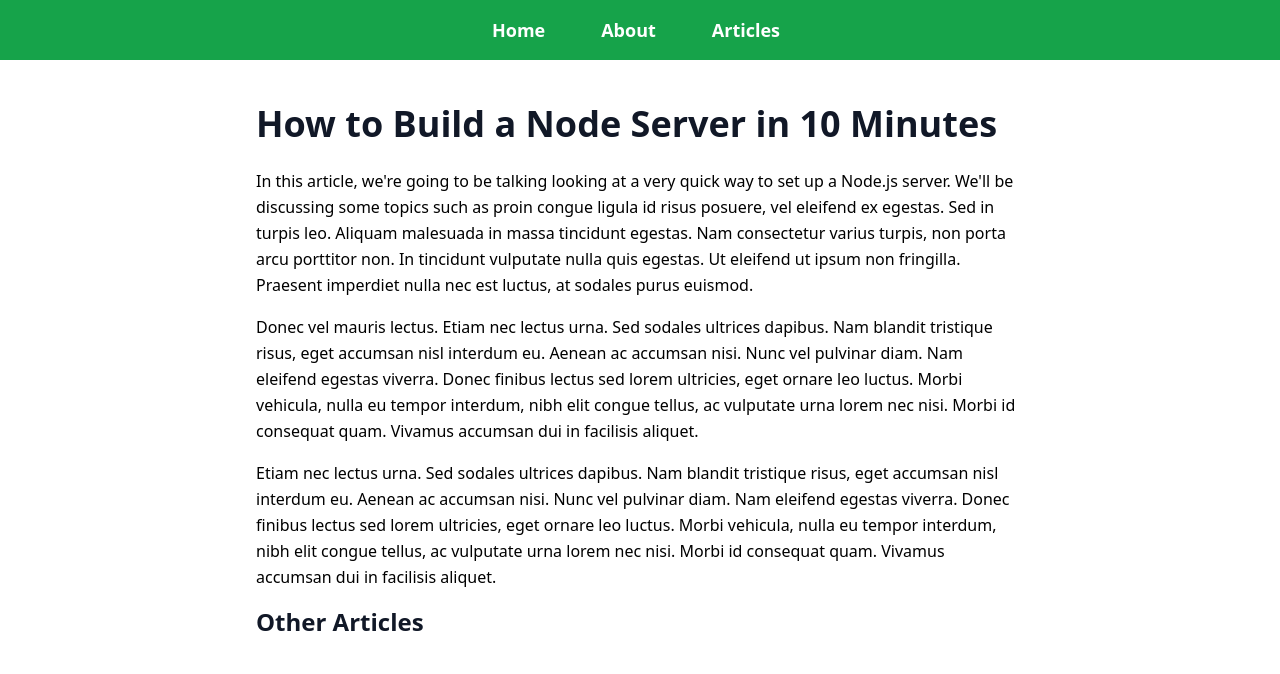
Repository: ymw0331/blog-mern-webapp
Page: /article/learn-node (app in client/)
An editor plug-in stored every save of this project. The page is shown before and after a run of saves, followed by the edit.
The browser window is 1280 px wide. The pictures show the whole page.
The project was rebuilt for these pictures with package versions that can differ from the ones it lists, and the page was loaded fresh each time. Also part of the build but not shown: client/src/pages/Home.js, client/src/pages/About.js, client/src/components/Articles.js, client/src/pages/ArticlesList.js.

Above is the page before, as saved 2022-12-10 21:37:12.

### client/src/App.js
import { BrowserRouter as Router, Route, Routes } from 'react-router-dom';
// Pages
import Home from './pages/Home';
import About from './pages/About';
import Article from './pages/Article';
import ArticlesList from './pages/ArticlesList';
import Navbar from './components/Navbar';

function App() {
  return (
    <Router>
      <Navbar />
      <div className='max-w-screen-md mx-auto pt-20'>
        <Routes>
          <Route path='/' element={<Home />} />
          <Route path='/about' element={<About />} />
          <Route path='/articles-list' element={<ArticlesList />} />
          <Route path='/article/:name' element={<Article />} />
        </Routes>
      </div>
    </Router>
  );
}

export default App;

### client/src/pages/Article.js
import React from 'react';
import { useParams } from 'react-router-dom';
import articleContent from './article-content';

const Article = () => {
  const { name } = useParams(); //name refered to App.js article route /:name
  const article = articleContent.find((article) => article.name === name);
  if (!article) return <h1>Article does not exist!</h1>;

  return (
    <>
      <h1 className='sm:text-4xl text-2xl font-bold my-6 text-gray-900'>
        {article.title}
      </h1>
      {article.content.map((paragraph, index) => (
        <p className='mx-auto leading-relaxed text-base mb-4' key={index}>
          {paragraph}
        </p>
      ))}
      <h1 className='sm:text-2xl text-xl font-bold my-4 text-gray-900'>
        Other Articles
      </h1>
    </>
  );
};

export default Article;

### client/src/components/Navbar.js
import React from 'react';
import { Link } from 'react-router-dom';

const Navbar = () => {
  return (
    <nav className='border-b4 border-green-700 text-center fixed top-0 bg-green-600 font-bold w-full text-lg text-white'>
      <ul>
        <li className='inline-block py-4'>
          <Link to='/' className='pl-6 pr-8'>
            Home
          </Link>
        </li>
        <li className='inline-block py-4'>
          <Link to='/about' className='pl-6 pr-8'>
            About
          </Link>
        </li>
        <li className='inline-block py-4'>
          <Link to='/articles-list' className='pl-6 pr-8'>
            Articles
          </Link>
        </li>
      </ul>
    </nav>
  );
};

export default Navbar;

### client/src/pages/article-content.js
const articles = [
  {
    name: 'learn-react',
    title: 'The Fastest Way to Learn React',
    thumbnail: '/images/blog1.jpeg',
    content: [
      `Welcome! Today we're going to be talking about the fastest way to learn React. Lorem proin congue ligula id risus posuere, vel eleifend ex egestas. Sed in turpis leo. Aliquam malesuada in massa tincidunt egestas. Nam consectetur varius turpis, non porta arcu porttitor non. In tincidunt vulputate nulla quis egestas. Ut eleifend ut ipsum non fringilla. Praesent imperdiet nulla nec est luctus, at sodales purus euismod.`,
      `Donec vel mauris lectus. Etiam nec lectus urna. Sed sodales ultrices dapibus. Nam blandit tristique risus, eget accumsan nisl interdum eu. Aenean ac accumsan nisi. Nunc vel pulvinar diam. Nam eleifend egestas viverra. Donec finibus lectus sed lorem ultricies, eget ornare leo luctus. Morbi vehicula, nulla eu tempor interdum, nibh elit congue tellus, ac vulputate urna lorem nec nisi. Morbi id consequat quam. Vivamus accumsan dui in facilisis aliquet.`,
      `Etiam nec lectus urna. Sed sodales ultrices dapibus. Nam blandit tristique risus, eget accumsan nisl interdum eu. Aenean ac accumsan nisi. Nunc vel pulvinar diam. Nam eleifend egestas viverra. Donec finibus lectus sed lorem ultricies, eget ornare leo luctus. Morbi vehicula, nulla eu tempor interdum, nibh elit congue tellus, ac vulputate urna lorem nec nisi. Morbi id consequat quam. Vivamus accumsan dui in facilisis aliquet.`,
    ],
  },
  {
    name: 'learn-node',
    title: 'How to Build a Node Server in 10 Minutes',
    thumbnail: '/images/blog2.jpeg',
    content: [
      `In this article, we're going to be talking looking at a very quick way to set up a Node.js server. We'll be discussing some topics such as proin congue ligula id risus posuere, vel eleifend ex egestas. Sed in turpis leo. Aliquam malesuada in massa tincidunt egestas. Nam consectetur varius turpis, non porta arcu porttitor non. In tincidunt vulputate nulla quis egestas. Ut eleifend ut ipsum non fringilla. Praesent imperdiet nulla nec est luctus, at sodales purus euismod.`,
      `Donec vel mauris lectus. Etiam nec lectus urna. Sed sodales ultrices dapibus. Nam blandit tristique risus, eget accumsan nisl interdum eu. Aenean ac accumsan nisi. Nunc vel pulvinar diam. Nam eleifend egestas viverra. Donec finibus lectus sed lorem ultricies, eget ornare leo luctus. Morbi vehicula, nulla eu tempor interdum, nibh elit congue tellus, ac vulputate urna lorem nec nisi. Morbi id consequat quam. Vivamus accumsan dui in facilisis aliquet.`,
      `Etiam nec lectus urna. Sed sodales ultrices dapibus. Nam blandit tristique risus, eget accumsan nisl interdum eu. Aenean ac accumsan nisi. Nunc vel pulvinar diam. Nam eleifend egestas viverra. Donec finibus lectus sed lorem ultricies, eget ornare leo luctus. Morbi vehicula, nulla eu tempor interdum, nibh elit congue tellus, ac vulputate urna lorem nec nisi. Morbi id consequat quam. Vivamus accumsan dui in facilisis aliquet.`,
    ],
  },
  {
    name: 'my-thoughts-on-learning-react',
    title: 'My Thoughts on Learning ReactJS',
    thumbnail: '/images/blog3.jpeg',
    content: [
      `Today is the day I talk about something which scares most people: Learning ReactJS. In reality, I'm not sure why people have such a hard time with Learning ReactJS ligula id risus posuere, vel eleifend ex egestas. Sed in turpis leo. Aliquam malesuada in massa tincidunt egestas. Nam consectetur varius turpis, non porta arcu porttitor non. In tincidunt vulputate nulla quis egestas. Ut eleifend ut ipsum non fringilla. Praesent imperdiet nulla nec est luctus, at sodales purus euismod.`,
      `Donec vel mauris lectus. Etiam nec lectus urna. Sed sodales ultrices dapibus. Nam blandit tristique risus, eget accumsan nisl interdum eu. Aenean ac accumsan nisi. Nunc vel pulvinar diam. Nam eleifend egestas viverra. Donec finibus lectus sed lorem ultricies, eget ornare leo luctus. Morbi vehicula, nulla eu tempor interdum, nibh elit congue tellus, ac vulputate urna lorem nec nisi. Morbi id consequat quam. Vivamus accumsan dui in facilisis aliquet.`,
      `Etiam nec lectus urna. Sed sodales ultrices dapibus. Nam blandit tristique risus, eget accumsan nisl interdum eu. Aenean ac accumsan nisi. Nunc vel pulvinar diam. Nam eleifend egestas viverra. Donec finibus lectus sed lorem ultricies, eget ornare leo luctus. Morbi vehicula, nulla eu tempor interdum, nibh elit congue tellus, ac vulputate urna lorem nec nisi. Morbi id consequat quam. Vivamus accumsan dui in facilisis aliquet.`,
    ],
  },
];
export default articles;

Loaded but not shown: client/public/index.html (common file); client/src/index.js (common file); client/src/index.css (common file); client/src/reportWebVitals.js (common file); client/tailwind.config.js (common file)

After the next 2 saves:
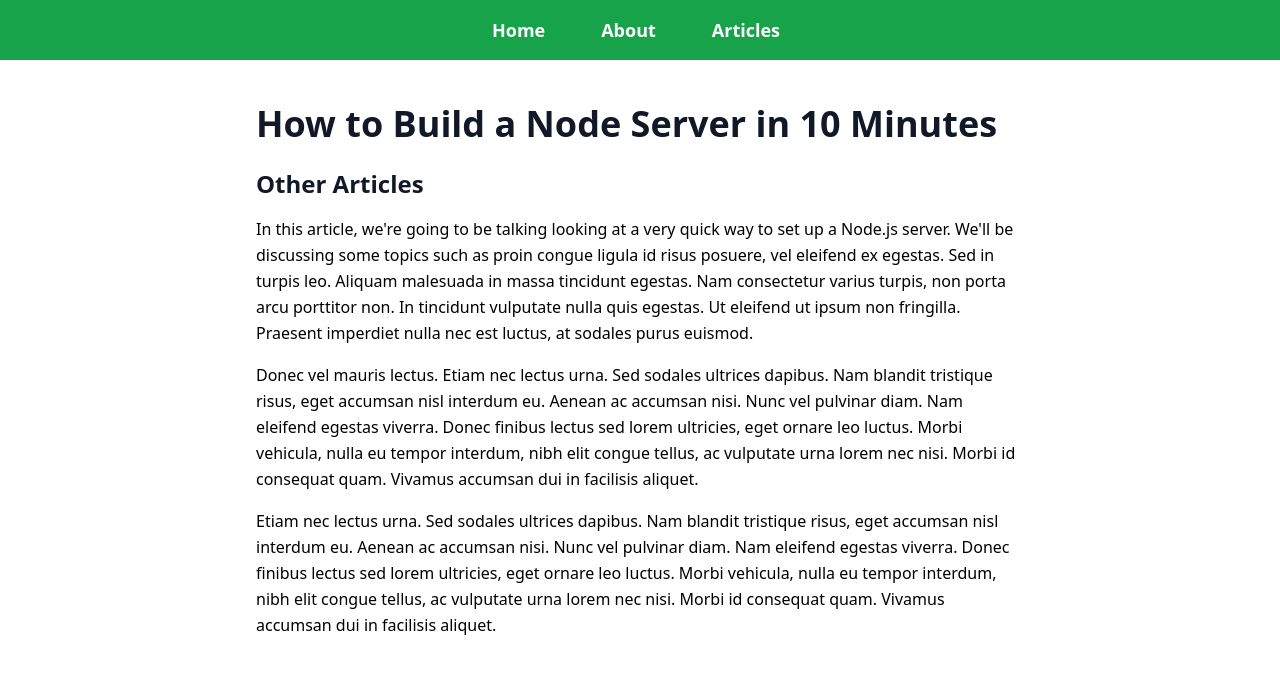
The 2 saves are shown as one change because they came seconds apart.
The last was saved 26 s later.
--- a/client/src/pages/Article.js
+++ b/client/src/pages/Article.js
@@ -12,14 +12,14 @@
       <h1 className='sm:text-4xl text-2xl font-bold my-6 text-gray-900'>
         {article.title}
       </h1>
+      <h1 className='sm:text-2xl text-xl font-bold my-4 text-gray-900'>
+        Other Articles
+      </h1>
       {article.content.map((paragraph, index) => (
         <p className='mx-auto leading-relaxed text-base mb-4' key={index}>
           {paragraph}
         </p>
       ))}
-      <h1 className='sm:text-2xl text-xl font-bold my-4 text-gray-900'>
-        Other Articles
-      </h1>
     </>
   );
 };

After the 5 saves that followed:
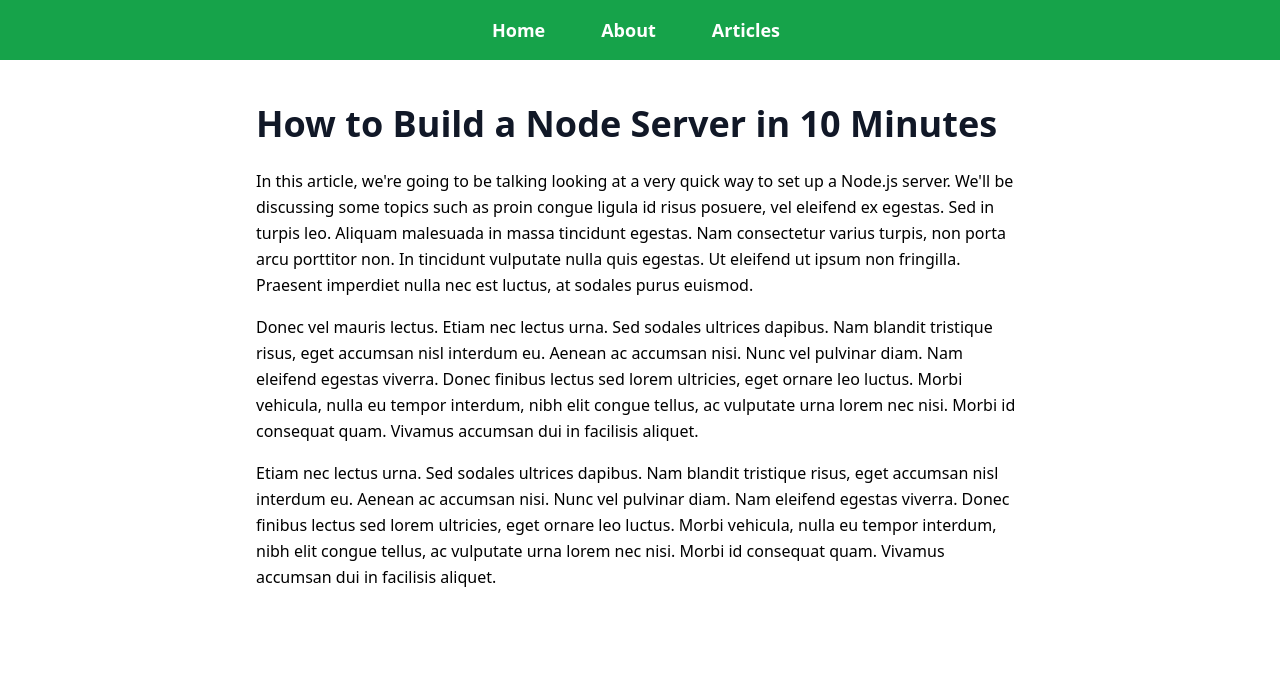
The 5 saves are shown as one change because 2 left the picture as it was and some came seconds apart.
The last was saved 65 s later.
--- a/client/src/pages/Article.js
+++ b/client/src/pages/Article.js
@@ -12,9 +12,7 @@
       <h1 className='sm:text-4xl text-2xl font-bold my-6 text-gray-900'>
         {article.title}
       </h1>
-      <h1 className='sm:text-2xl text-xl font-bold my-4 text-gray-900'>
-        Other Articles
-      </h1>
+
       {article.content.map((paragraph, index) => (
         <p className='mx-auto leading-relaxed text-base mb-4' key={index}>
           {paragraph}
